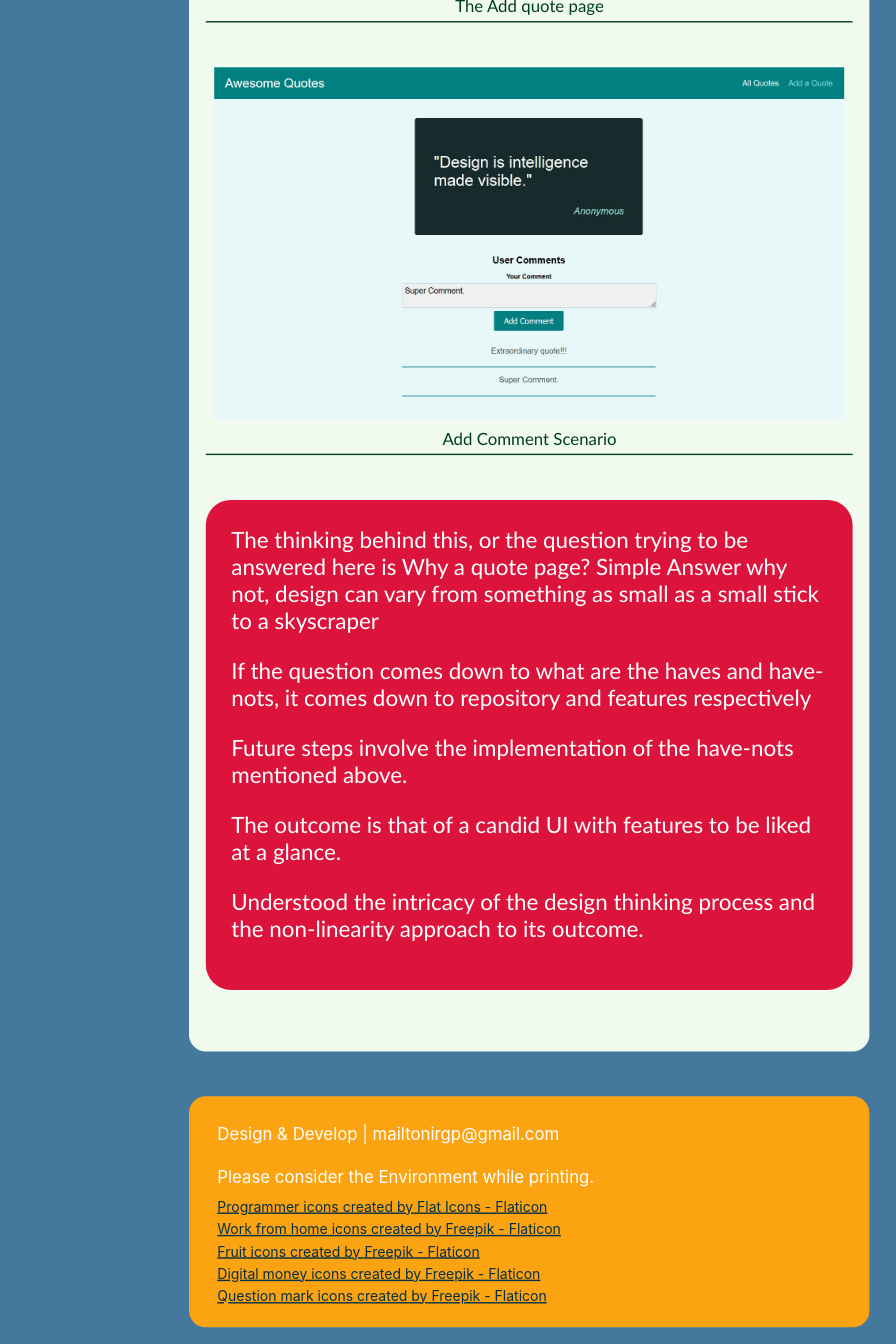
Repository: niranjangp/portfolioReact
Page: /cs-four
The author's editor kept a copy of each file at every save. The page is drawn from the files as they stood at one save, then again after the next save.
The browser window is 1280 px wide. The pictures show the part of the page from y = 1423 to 3343 px (the page is 3343 px tall before and 3304 px after), at 70% of full size.
The project was rebuilt for these pictures with package versions that can differ from the ones it lists, and the page was loaded fresh each time. Also part of the build but not shown: src/pages/enterDesign.jsx, src/pages/csOne.jsx, src/pages/csTwo.jsx, src/pages/csThree.jsx, src/pages/notFound.jsx.

Above is the page before, as saved 2022-02-02 02:04:37.

### public/index.html
<!DOCTYPE html>
<html lang="en">
  <head>
    <meta charset="utf-8" />
    <!--<link rel="icon" href="%PUBLIC_URL%/favicon.ico" />-->
    <meta name="viewport" content="width=device-width, initial-scale=1" />
    <meta name="theme-color" content="#000000" />
    <meta
      name="description"
      content="Web site created using create-react-app"
    />
    <!--<link rel="apple-touch-icon" href="%PUBLIC_URL%/logo192.png" />-->
    <!--
      manifest.json provides metadata used when your web app is installed on a
      user's mobile device or desktop. See https://developers.google.com/web/fundamentals/web-app-manifest/
    -->
    <link rel="manifest" href="%PUBLIC_URL%/manifest.json" />
    <!--
      Notice the use of %PUBLIC_URL% in the tags above.
      It will be replaced with the URL of the `public` folder during the build.
      Only files inside the `public` folder can be referenced from the HTML.

      Unlike "/favicon.ico" or "favicon.ico", "%PUBLIC_URL%/favicon.ico" will
      work correctly both with client-side routing and a non-root public URL.
      Learn how to configure a non-root public URL by running `npm run build`.
    -->
    <title>Portfolio</title>
  </head>
  <body>
    <noscript>You need to enable JavaScript to run this app.</noscript>
    <div id="root"></div>
    <!--
      This HTML file is a template.
      If you open it directly in the browser, you will see an empty page.

      You can add webfonts, meta tags, or analytics to this file.
      The build step will place the bundled scripts into the <body> tag.

      To begin the development, run `npm start` or `yarn start`.
      To create a production bundle, use `npm run build` or `yarn build`.
    -->
  </body>
</html>

### src/index.css
body {
  margin: 0;
  font-family: -apple-system, BlinkMacSystemFont, 'Segoe UI', 'Roboto', 'Oxygen',
    'Ubuntu', 'Cantarell', 'Fira Sans', 'Droid Sans', 'Helvetica Neue',
    sans-serif;
  -webkit-font-smoothing: antialiased;
  -moz-osx-font-smoothing: grayscale;
  box-sizing: border-box;
}

code {
  font-family: source-code-pro, Menlo, Monaco, Consolas, 'Courier New',
    monospace;
}

p {
  margin: 0;
}

### src/App.js
import './App.css';

import { Route, NavLink, Switch, Redirect } from 'react-router-dom';
import EnterTheDesign from './pages/enterDesign';
import CSOne from './pages/csOne';
import CSTwo from './pages/csTwo';
import CSThree from './pages/csThree';
import CSFour from './pages/csFour';
import NotFound from './pages/notFound';

function App() {
  const flatIconLink = "https://www.flaticon.com/free-icons/programmer";
  const wfhIconLink = "https://www.flaticon.com/free-icons/work-from-home";
  const fruitLink ="https://www.flaticon.com/free-icons/fruit";
  const moneyLink = "https://www.flaticon.com/free-icons/digital-money";
  const quoteLink = "https://www.flaticon.com/free-icons/question-mark";



  return (
    <div className='App'>
      <div className="containerOne">
        <nav className='navigation'>
          <div className='navDiv'>
            <NavLink activeClassName="nav-link active" className="nav-link" to="/enter-the-design">Take me Home!</NavLink>
          </div>
          <div className='navDiv'>
            <NavLink activeClassName="nav-link active" className="nav-link" to="/cs-one">Case Study Numero Uno</NavLink>
          </div>
          <div className='navDiv'>
            <NavLink activeClassName="nav-link active" className="nav-link" to="/cs-two">Case t'w'o Study</NavLink>
          </div>
          <div className='navDiv'>
            <NavLink activeClassName="nav-link active" className="nav-link" to="/cs-three">Case Study the 3rd</NavLink>
          </div>
          <div className='navDiv'>
            <NavLink activeClassName="nav-link active" className="nav-link" to="/cs-four">Case Study IV</NavLink>
          </div>
        </nav>
        <main className='mainOne'>
          <Switch>
            <Route exact path="/" ><Redirect to="/enter-the-design" /></Route>
            <Route path="/enter-the-design" ><EnterTheDesign /></Route>
            <Route exact path="/cs-one" ><CSOne /></Route>
            <Route exact path="/cs-two" ><CSTwo /></Route>
            <Route exact path="/cs-three"><CSThree /></Route>
            <Route exact path="/cs-four"><CSFour /></Route>

            <Route path="*"><NotFound /></Route>
          </Switch>

        </main>
        <footer>
          <div className='footer-info'>
            {/*<p>Niranjan G P</p>*/}
            <p>Design & Develop    |   mailtonirgp@gmail.com</p>
            <p>Please consider the Environment while printing.</p>
          </div>
          <div className='credits'>
            <a href={flatIconLink} title="programmer icons">Programmer icons created by Flat Icons - Flaticon</a>
            <a href={wfhIconLink} title="work from home icons">Work from home icons created by Freepik - Flaticon</a>
            <a href={fruitLink} title="fruit icons">Fruit icons created by Freepik - Flaticon</a>
            <a href={moneyLink} title="digital money icons">Digital money icons created by Freepik - Flaticon</a>
            <a href={quoteLink} title="question mark icons">Question mark icons created by Freepik - Flaticon</a>
          </div>
        </footer>
      </div>

    </div>
  );
}

export default App;

### src/App.css
.containerOne {
  background-color: #45789d;
  padding: 24px;
  position: relative;
}

.mainOne {
  width: 75%;
  margin-left: 20%;
  background-color: #F1FAEE;
  height: 100%;
  border-radius: 1.5rem;
  padding: 24px;
}

.navigation {
  position: absolute;
  top: 24px;
  left: 24px;
  width: 15%;
  height: 1200px;
  background-color: #F1FAEE;
  border-radius: 1.5rem;
  padding: 64px 24px 24px;
}

.navDiv {
  padding: 16px 0;
  text-align: center;
}

.nav-link {
  font-size: 24px;
  text-decoration: none;
  color: #1d3557;
}

.nav-link.active {
  color: #2a9d8f;
  font-weight: bold;
  border-bottom: 4px solid #2a9d8f;
}

.fr-info {
  font-size: 3rem;
  font-family: 'Gill Sans', 'Gill Sans MT', Calibri, 'Trebuchet MS', sans-serif;
  padding: 24px 24px 24px 48px;
  color: #1d3557;
}

.firstRow {
  display: flex;
  align-items: center;
  padding: 64px 0;
}

.width-60 {
  width: 60%;
}

.width-40 {
  width: 40%;
}

.fullWidth {
  width: 100%;
}

.img-block {
  text-align: center;
}

.sec-row {
  background-color: #1d3557;
  color: #f1faee;
  border-radius: 0.75rem;
  padding: 64px;
  font-family: 'Lucida Sans', 'Lucida Sans Regular', 'Lucida Grande', 'Lucida Sans Unicode', Geneva, Verdana, sans-serif;
  font-size: 28px;
  text-align: justify;
}

.sec-row p {
  padding: 16px;
}

.centered {
  margin: 3rem auto;
  text-align: center;
  display: flex;
  justify-content: center;
  align-items: center;
}

.linkSel {
  text-decoration: underline;
  font-weight: bold;
}

.third-row {
  display: flex;
  flex-wrap: wrap;
  padding: 96px 24px 0;
}

.card-box {
  width: 50%;
  text-align: center;
  height: 600px;
}

.card {
  width: 400px;
  height: 450px;
  background-color: #ffddd2;
  border-radius: 20px;
  box-shadow: 4px 4px 4px 4px rgba(0, 0, 0, 0.2);
  margin: 3rem auto;
  flex-grow: 1;
  flex-shrink: 1;
  transition: width 500ms ease 0s;
}

.card:hover {
  box-shadow: 4px 4px 4px 8px rgba(0, 0, 0, 0.2);
  width: 420px;
  height: 470px;
  cursor: pointer;
}

.card a {
  text-decoration: none;
}

.card p {
  font-size: 32px;
  padding: 24px;
  color: #1d3557;
  font-family: Verdana, Geneva, Tahoma, sans-serif;
}

.card-icon {
  width: 256px;
  margin-top: 40px;
}

.intro-cs {
  text-align: center;
  font-size: 40px;
  color: #1d3557;
  margin-bottom: 64px;
  font-family: 'Trebuchet MS', 'Lucida Sans Unicode', 'Lucida Grande', 'Lucida Sans', Arial, sans-serif;
}

footer {
  width: 75%;
  margin-left: 20%;
  background-color: #fca311;
  height: 100%;
  border-radius: 1.5rem;
  padding: 24px;
  margin-top: 64px;
  color: #fff;
}

.footer-info {
  font-size: 1.5rem;
}

.footer-info p {
  padding: 1rem;
}

.credits {
  padding-left: 16px;
}

.credits a {
  /*text-decoration: none;*/
  display: block;
  padding-bottom: 8px;
  font-size: 20px;
  color: #023047;
}

.csOne {
  min-height: 660px;
  height: 100%;
  color: #1d3557;
}

.backLink {
  font-size: 28px;
  font-weight: bold;
  padding: 16px 16px 16px 24px;
}

.backLink a {
  text-decoration: none;
  color: #1d3557;

}

.csOneHeader, .csTwoHeader, .cs3Header, .cs4Header {
  font-size: 40px;
  padding: 16px 16px 32px 24px;
}

.csOneBody {
  padding: 0 24px;
}

.csOneH {
  font-size: 32px;
  padding-bottom: 8px;
  border-bottom: 2px solid #1d3557;
  margin-bottom: 16px;
  display: inline-block;
}

.csOneC {
  font-size: 28px;
}

.pd-bt {
  padding-bottom: 48px;
}

.pd-bt-small {
  padding-bottom: 24px;
}

.clrp {
  width: 100px;
  height: 40px;
  border-top-right-radius: 20px;
  border-bottom-right-radius: 20px;
  margin-right: 24px;
}

.fir {
  background-color: #0070D2;
}

.sec {
  background-color: #16325C;
}

.thi {
  background-color: #526173;
}

.fou {
  font-family: sans-serif;
  padding-right: 24px;
}

.dp-flx {
  display: flex;
  margin: 16px 40px;
  align-items: center;
}

.flx-bx {
  display: flex;
  align-items: center;
  justify-content: space-evenly;
  margin-bottom: 48px;
}

.flx-bx div {
  font-size: 32px;
}

.mrDesk {
  width: 800px;
}

.last-text {
  font-size: 28px;
  color: #f07167;
  margin: 0 64px 24px;
  text-align: center;
}

.csTwo {
  font-family: 'Franklin Gothic Medium', 'Arial Narrow', Arial, sans-serif;
}

.csTwoHeader {
  color: #e76f51;
}

.csTwoPara {
  color: #0081a7;
  font-size: 28px;
  padding-bottom: 8px;
}

.padd-div {
  padding: 16px 24px 56px;
}

.csTwoRowTwo {
  color: #c81d25;
  font-size: 32px;
  padding-bottom: 16px;
  border-bottom: 2px solid #c81d25;
  margin-bottom: 48px;
}

.textCen {
  text-align: center;
}

.screenName {
  font-size: 24px;
  width: 80%;
  margin: 0 auto;
  margin-bottom: 0px;
  background-color: #284b63;
  color: #fff;
  border-top-left-radius: 12px;
  border-top-right-radius: 12px;
  padding: 8px 0;
}

.scrIcon {
  width: 80%;
  margin: 8px 0 64px;
}

.cs3 {
  font-family: 'Lucida Sans', 'Lucida Sans Regular', 'Lucida Grande', 'Lucida Sans Unicode', Geneva, Verdana, sans-serif;
}

.cs3Header {
  color: #006d77;
  border-bottom: 2px solid #006d77;
  display: inline-block;

}


.right-content {
  text-align: right;
  margin: 64px 0;
}

.exp-para {
  font-size: 40px;
  display: inline-block;
  background-color: #52b69a;
  padding: 8px 16px;
  border-radius: 20px;
  color: #fff;
  font-weight: bold;
  margin-bottom: 24px;
}

.exp-header {
  display: inline-block;
  font-size: 40px;
  color: #14746f;
  padding-bottom: 8px;
  border-bottom: 2px dotted #14746f;
  margin-bottom: 8px;
}

.flexExp {
  display: flex;
  align-items: center;
  justify-content: space-around;
}

.iconText {
  padding: 24px;
  font-size: 32px;
  color: #00afb9;
}

.expIcon {
  margin: 64px 0;
  width: 900px;
}

.last .exp-para {
  font-size: 28px;
}

.cs4 {
  font-family: 'Trebuchet MS', 'Lucida Sans Unicode', 'Lucida Grande', 'Lucida Sans', Arial, sans-serif;
}

.cs4Header {
  text-align: center;
  color: #ff5400;
  font-weight: bold;
}

.quoIcon {
  width: 900px;
}

.quo-pack {
  text-align: center;
}

.cs4-para {
  text-align: center;
  font-size: 28px;
  color: #bd1f36;
  padding-bottom: 12px;
}

.mrg-blk {
  margin: 64px 0;
}

.qIconTxt {
  color: #003e1f;
  font-size: 24px;
  padding: 8px 0;
  border-bottom: 2px solid #003e1f;
  margin-bottom: 64px;
}

.mrg-last-blk {
  margin: 64px 0;
  background-color: #dc143c;
  padding: 36px;
  color: #fff;
  border-radius: 36px;
  font-size: 32px;
}

.mrg-last-blk p {
  padding-bottom: 2rem;
}


/*.containerOne {
  background-color: #F1FAEE;
}
.mainOne {
  background-color: #a8dadc;
  width: 75%;
  margin-left: 20%;
  /-*background-color: #45789d;*-/
  height: 660px;
}

.p1 {
  color: #1d3557;
}
.p2 {
  color: #f1faee;
}*/

/*.App-logo {
  height: 40vmin;
  pointer-events: none;
}

@media (prefers-reduced-motion: no-preference) {
  .App-logo {
    animation: App-logo-spin infinite 20s linear;
  }
}

.App-header {
  background-color: #282c34;
  min-height: 100vh;
  display: flex;
  flex-direction: column;
  align-items: center;
  justify-content: center;
  font-size: calc(10px + 2vmin);
  color: white;
}

.App-link {
  color: #61dafb;
}

@keyframes App-logo-spin {
  from {
    transform: rotate(0deg);
  }

  to {
    transform: rotate(360deg);
  }
}*/

### src/pages/csFour.jsx
import React from 'react';
import { Link } from 'react-router-dom';
import QuoHome from '../assets/quoteHome.JPG';
import AddQuo from '../assets/addQuote.JPG';
import CommonScen from '../assets/commScen.JPG';


const csFour = () => {
    return (
        <div className="cs4">
            <div className="backLink"><Link to="/enter-the-design">{'< Back'}</Link></div>
            <div className='cs4Header'>Quotes Repository</div>
            <div className="quo-body">
                <div className="mrg-blk">
                    <p className="cs4-para">Store all your Famous Quotes and share with your Community.</p>
                    <p className="cs4-para">Add comments to all your quotes.</p>
                </div>
                <div className="mrg-blk">
                    <div className="cs4-para">Screen Designs</div>
                    <div className="quo-pack"><img src={QuoHome} alt="quote-home" className="quoIcon" /><div className="qIconTxt">Home of the quotes</div></div>
                    <div className="quo-pack"><img src={AddQuo} alt="quote-home" className="quoIcon" /><div className="qIconTxt">The Add quote page</div></div>
                    <div className="quo-pack"><img src={CommonScen} alt="quote-home" className="quoIcon"/><div className="qIconTxt">Add Comment Scenario</div></div>
                </div>
                <div className="mrg-last-blk">
                    <p>The thinking behind this, or the question trying to be answered here is Why a quote page? Simple Answer why not, design can vary from something as small as a small stick to a skyscraper</p>
                    <p>If the question comes down to what are the haves and have-nots, it comes down to repository and features respectively</p>
                    <p>Future steps involve the implementation of the have-nots mentioned above.</p>
                    <p>The outcome is that of a candid UI with features to be liked at a glance.</p>
                    <p>Understood the intricacy of the design thinking process and the non-linearity approach to its outcome.</p>
                </div>
            </div>
        </div>
    )
};

export default csFour;

Loaded but not shown: src/index.js (common file); src/reportWebVitals.js (common file)

After the next save:
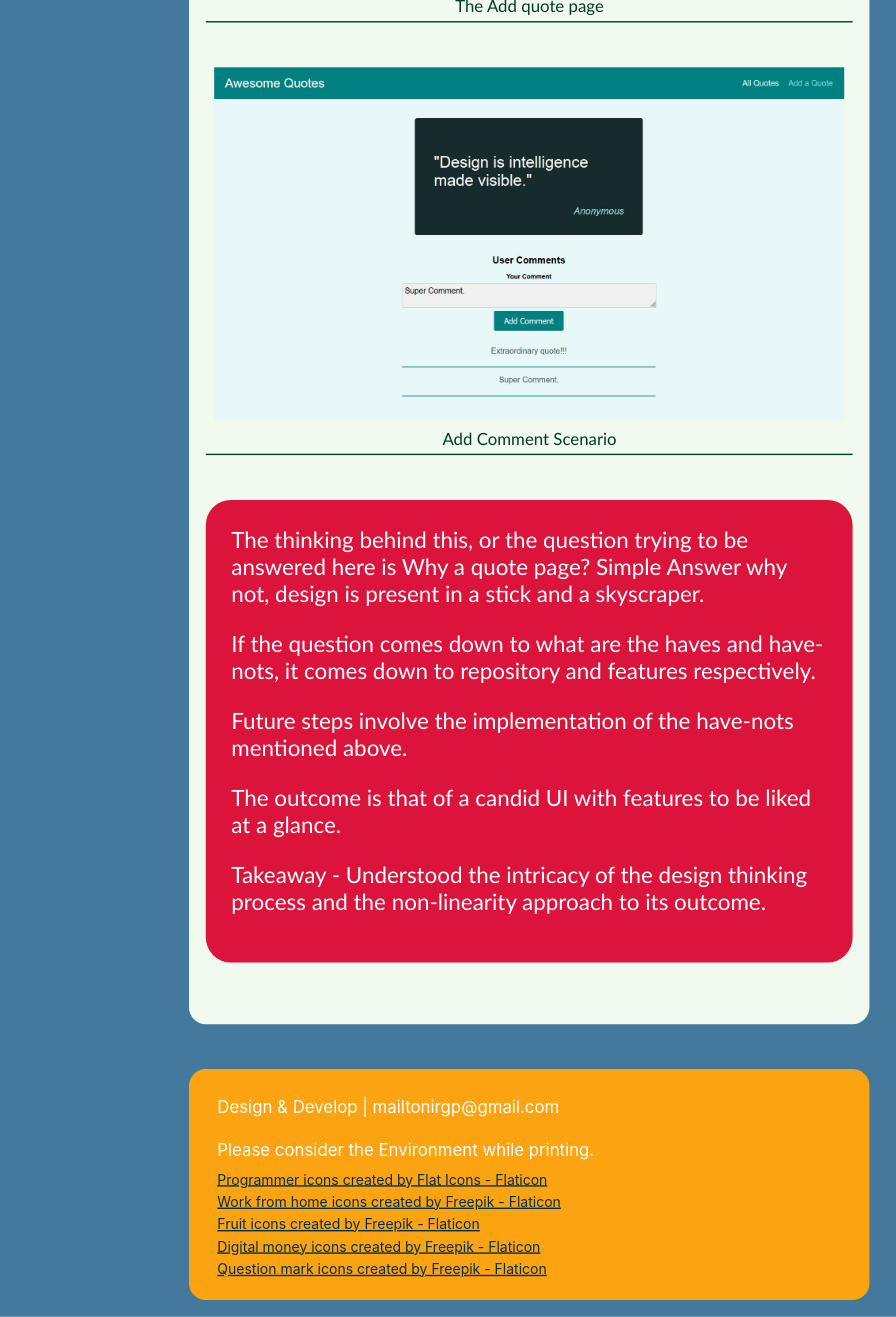
Saved 2 min 38 s later.
--- a/src/pages/csFour.jsx
+++ b/src/pages/csFour.jsx
@@ -22,11 +22,11 @@ const csFour = () => {
                     <div className="quo-pack"><img src={CommonScen} alt="quote-home" className="quoIcon"/><div className="qIconTxt">Add Comment Scenario</div></div>
                 </div>
                 <div className="mrg-last-blk">
-                    <p>The thinking behind this, or the question trying to be answered here is Why a quote page? Simple Answer why not, design can vary from something as small as a small stick to a skyscraper</p>
-                    <p>If the question comes down to what are the haves and have-nots, it comes down to repository and features respectively</p>
+                    <p>The thinking behind this, or the question trying to be answered here is Why a quote page? Simple Answer why not, design is present in a stick and a skyscraper.</p>
+                    <p>If the question comes down to what are the haves and have-nots, it comes down to repository and features respectively.</p>
                     <p>Future steps involve the implementation of the have-nots mentioned above.</p>
                     <p>The outcome is that of a candid UI with features to be liked at a glance.</p>
-                    <p>Understood the intricacy of the design thinking process and the non-linearity approach to its outcome.</p>
+                    <p>Takeaway - Understood the intricacy of the design thinking process and the non-linearity approach to its outcome.</p>
                 </div>
             </div>
         </div>
